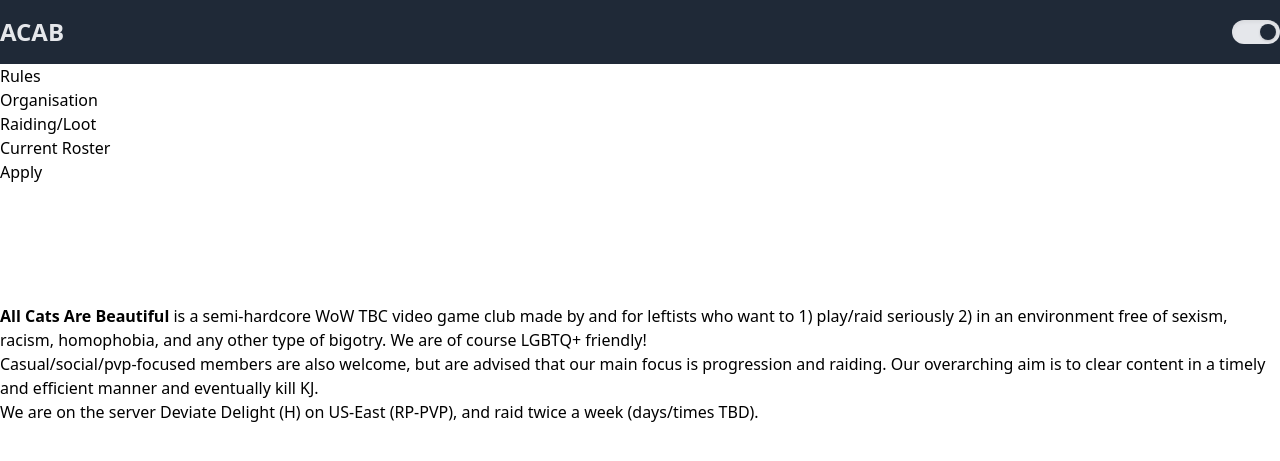
Repository: eaang/catguild_frontend
Page: /
These files come from the project's save history. The page is drawn as it stood at one moment and after the next save; the edit follows.
The browser window is 1280 px wide. The pictures show the whole page.
The project was rebuilt for these pictures with package versions that can differ from the ones it lists, and the page was loaded fresh each time. The framework's server and built-in components were replaced by stand-ins that run in the browser. Also part of the build but not shown: nuxt.config.js, components/ContentBox.vue, components/ContentEditor.vue, components/ImageBox.vue, components/SidebarMain.vue, components/SidebarSub.vue, components/TheFoooter.vue, components/icons/ChevronDown.vue and 19 more. Imported but missing from the stored project, and not drawn on this page: apollo/queries/categories/category.

Above is the page before, as saved 2021-04-02 18:47:49.

After the next save:
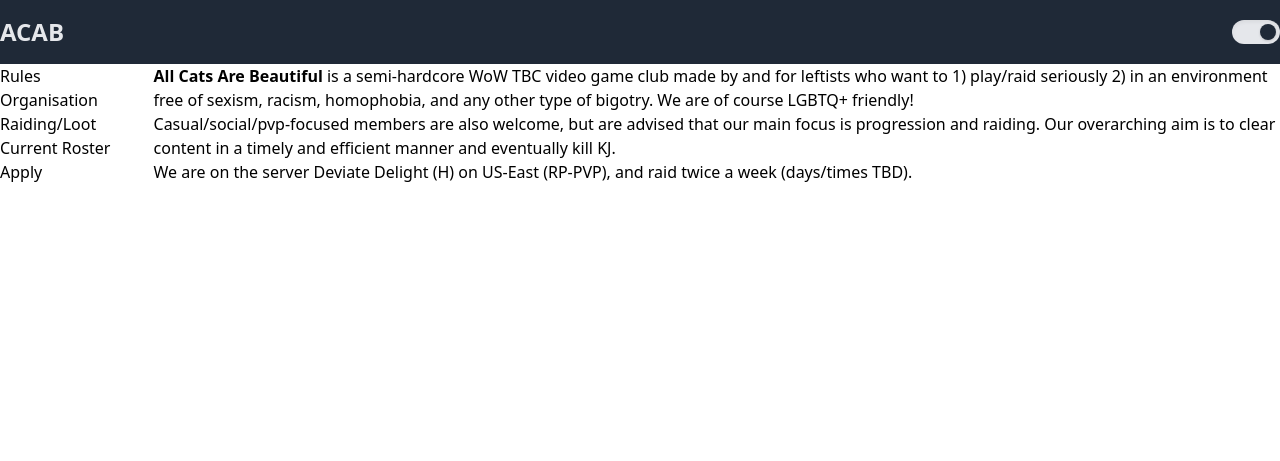
Saved 5 s later.
--- a/layouts/default.vue
+++ b/layouts/default.vue
@@ -1,8 +1,8 @@
 <template>
   <div class="relative pt-16 h-screen" :class="{ dark: darkTheme }">
     <TheHeader class="absolute inset-x-0 top-0" />
-    <div class="container flex">
-      <div class="">
+    <div class="container">
+      <div class="flex">
         <TheSidebar class="" />
         <Nuxt />
       </div>
